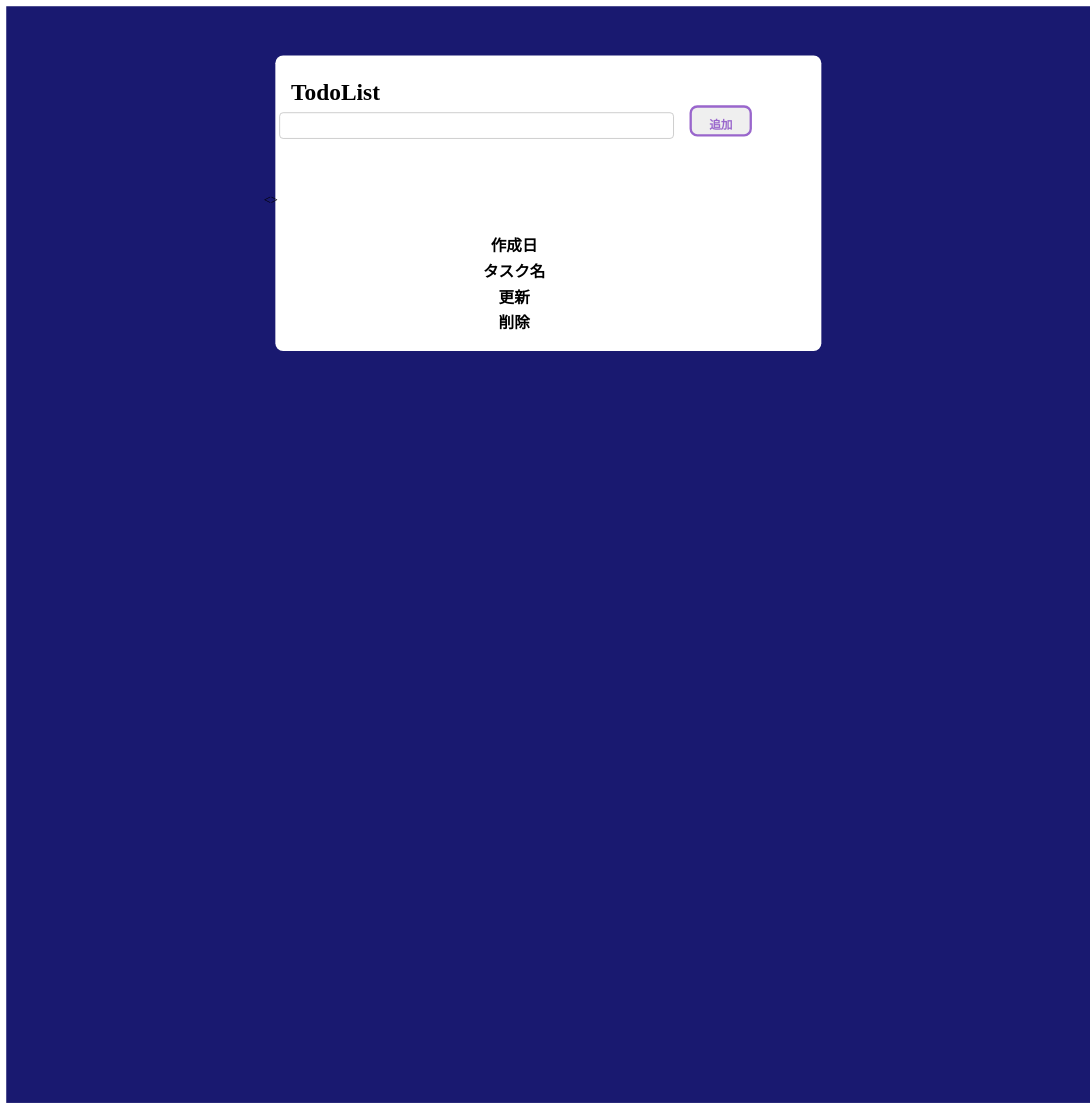
Repository: moro-ayu3/20230304_morohoshi
Page: http://localhost/
The author's editor kept a copy of each file at every save. The page is drawn from the files as they stood at one save, then again after the next save.
The browser window is 1280 px wide. The page is 1398 px wide, so the pictures cover 1398 px, including what lies to the right of the window. The pictures show the whole page, at 78% of full size.
The page is served by the project's Laravel application, run on PHP 8.4 with Laravel 8. Other server files are loaded and not shown. Queries for data that is not in the repository find no rows.

Above is the page before, as saved 2023-03-11 12:32:30.

### routes/web.php
<?php

use Illuminate\Support\Facades\Route;
use App\Http\Controllers\TodoController;

Route::get('/', [TodoController::class, 'index']);

Route::post('/todo/create', [TodoController::class, 'store']);

Route::post('/todo/update', [TodoController::class, 'update']);

Route::post('/todo/delete', [TodoController::class, 'delete']);

### app/Http/Controllers/TodoController.php
<?php
  namespace App\Http\Controllers;
  use Illuminate\Http\Request;
  use App\Models\Todo;
  use App\Http\Requests\TodoRequest;
  class TodoController extends Controller
  {
    public function index()
     {
        $todos= Todo::all();
        return view('index',['todos'=>$todos]);
  }

    public function store(TodoRequest $request)
     {
        $todo = new Todo;
        $todo->name =$request->input('new_todo');
        $form=$request->all();
        Todo::create($form);
        unset($form['_token']);
        return redirect('/');
    }

    public function update(TodoRequest $request)
     {
       $form = $request->all();
       unset($form['_token']);
       Todo::where('id', $request->id)->update($form);
       return redirect('/');
    }

    public function delete(Request $request)
     {
       Todo::find($request->id)->delete();
       return redirect('/');
    }

  }

### app/Models/Todo.php
<?php

namespace App\Models;

use Illuminate\Database\Eloquent\Factories\HasFactory;
use Illuminate\Database\Eloquent\Model;

class Todo extends Model
{
    use HasFactory;

    protected $fillable = ['content'];
}

### resources/views/index.blade.php
<!DOCTYPE html>
<html lang="ja">

<head>
  <meta charset="UTF-8">
  <meta name="viewport" content="width=device-width, initial-scale=1.0">
  <title>実践アプリ開発入門</title>
  <style>
    .homepage {
      width: 100%;
      height: 100vw;
      padding: 5% 5%;
      background-color: #191970;
    }

    .container {
      display: flex;
      justify-content: center;
      align-items: center;
    }

    .inner {
      width: 700px;
      height: auto;
      border-radius: 10px 10px 10px 10px;
      background-color: #fff;
      margin: 0 auto;
    }

    .header-title {
      font-size: 30px;
      font-weight: bold;
      color: black;
      margin-top: 30px;
      margin-left: 20px;
    }

    .form {
      display: inline-block;
      margin: -20px -15px;
    }

    .text {
      width: 500px;
      height: 30px;
      border: solid 1px #c0c0c0;
      margin-left: 20px;
      border-radius: 5px 5px 5px 5px;
      display: inline-block;
    }

    .create-btn {
      width: 80px;
      height: 40px;
      margin-left: 20px;
      margin-right: 20px;
      border-radius: 10px 10px 10px 10px;
      border: solid 3px #9966CC;
      display: inline-block;
      font-size: 15px;
      font-weight: bold;
      color: #9966CC;
      padding:10px 20px 10px 20px;
    }

    table {
      display: flex;
      justify-content: center;
      align-items: center;
      margin-top: 30px;
      margin-bottom: 40px;
    }

    .date-1 {
      margin-left: 50px;
      font-size: 20px;
      font-weight: bold;
      color: black;
    }

    .name {
      margin-left: 80px;
      font-size: 20px;
      font-weight: bold;
      color: black;
    }

    .update {
      margin-left: 40px;
      font-size: 20px;
      font-weight: bold;
      color: black;
    }

    .delete {
      margin-left: 20px;
      margin-right: 20px;
      font-size: 20px;
      font-weight: bold;
      color: black;
    }

    .parent {
      display: flex;
      justify-content: center;
      align-items: center;
    }

    .date-2 {
      margin-left: 20px;
      font-size: 20px;
      color: black;
    }

    .input-update {
      width: 200px;
      height: 20px;
      border: solid 1px #c0c0c0;
      border-radius: 5px 5px 5px 5px;
      margin-left: 10px;
    }

    .button-update {
      width: 80px;
      height: 40px;
      border-radius: 10px 10px 10px 10px;
      border: solid 3px #ffa500;
      margin-left: 10px;
      font-size: 15px;
      font-weight: bold;
      color: #ffa500;
      padding: 10px 20px;
    }

    .button-delete {
      width: 80px;
      height: 40px;
      border-radius: 10px 10px 10px 10px;
      border: solid 3px #40e0d0;
      margin-left: 10px;
      margin-right: 20px;
      font-size: 15px;
      font-weight: bold;
      color: #40e0d0;
      padding: 10px 20px;
    }

  </style>
</head>

<body>
  <div class="homepage">
     <div class="container">
      <div class="inner">
        <header>
          <h1 class="header-title">TodoList</h1>
        </header>
        <main>
          @if (count($errors) > 0)
           <ul>
           @foreach ($errors->all() as $error)
           <li>{{$error}}</li>
           @endforeach
           </ul>
          @endif
          <div class="form">
            <form action="/todo/create" method="post">
             @csrf
             <table>
              @if ($errors->has('content'))
              <tr>
                <th>ERROR</th>
                <td>{{$errors->first('content')}}</td>
              </tr>
              @endif
              <input type="text" class="text" name="content">
              @if ($errors->has('content'))
              <tr>
                <th>ERROR</th>
                <td>{{$errors->first('content')}}</td>
              </tr>
              @endif
              <button class="create-btn">追加</button>
            </form>
          </div>

          <table>
            @csrf
            @if ($errors->has('date-1'))
              <tr>
                <th>ERROR</th>
                <td>{{$errors->first('date-1')}}</td>
              </tr>
            @endif
            <tr>
              <th class="date-1">作成日</th>
              <td><input type="hidden" name="date-1"></td>
            </tr>
            @if ($errors->has('name'))
              <tr>
                <th>ERROR</th>
                <td>{{$errors->first('name')}}</td>
              </tr>
            @endif
            <tr>
              <th class="name">タスク名</th>
              <td><input type="hidden" name="name"></td>
            </tr>
            @if ($errors->has('updated_at'))
              <tr>
                <th>ERROR</th>
                <td>{{$errors->first('updated_at')}}</td>
              </tr>
            @endif
            <>
              <th class="update">更新</th>
              <td><input type="hidden" name="update"></td>
            </tr>
              <th class="delete">削除</th>
            </tr>
            @foreach($todos as $todo)
            <tr>
              <td>
                {{ $todo->created_at}}
              </td>
              <div class="parent">
                <form action="/todo/update" method="post" >
                @csrf
                 <input type="hidden" value="{{$todo->id}}" name="id">
                  <td>
                    <input type="text" class="input-update" value="{{$todo->content}}" name="content" />
                  </td>
                  <td>
                    <button class="button-update">更新</button>
                  </td>
                </form>
                <td>
                  <form action="/todo/delete" method="post">
                   @csrf
                    <input type="hidden" value="{{$todo->id}}" name="id">
                      <button class="button-delete">削除</button>
                  </form>
                </td>
              </div>
            </tr>
            @endforeach
          </table>
        </main>
      </div>
     </div>
    </div>
</body>

</html>

Loaded but not shown: app/Http/Controllers/Controller.php (common file)

After the next save:
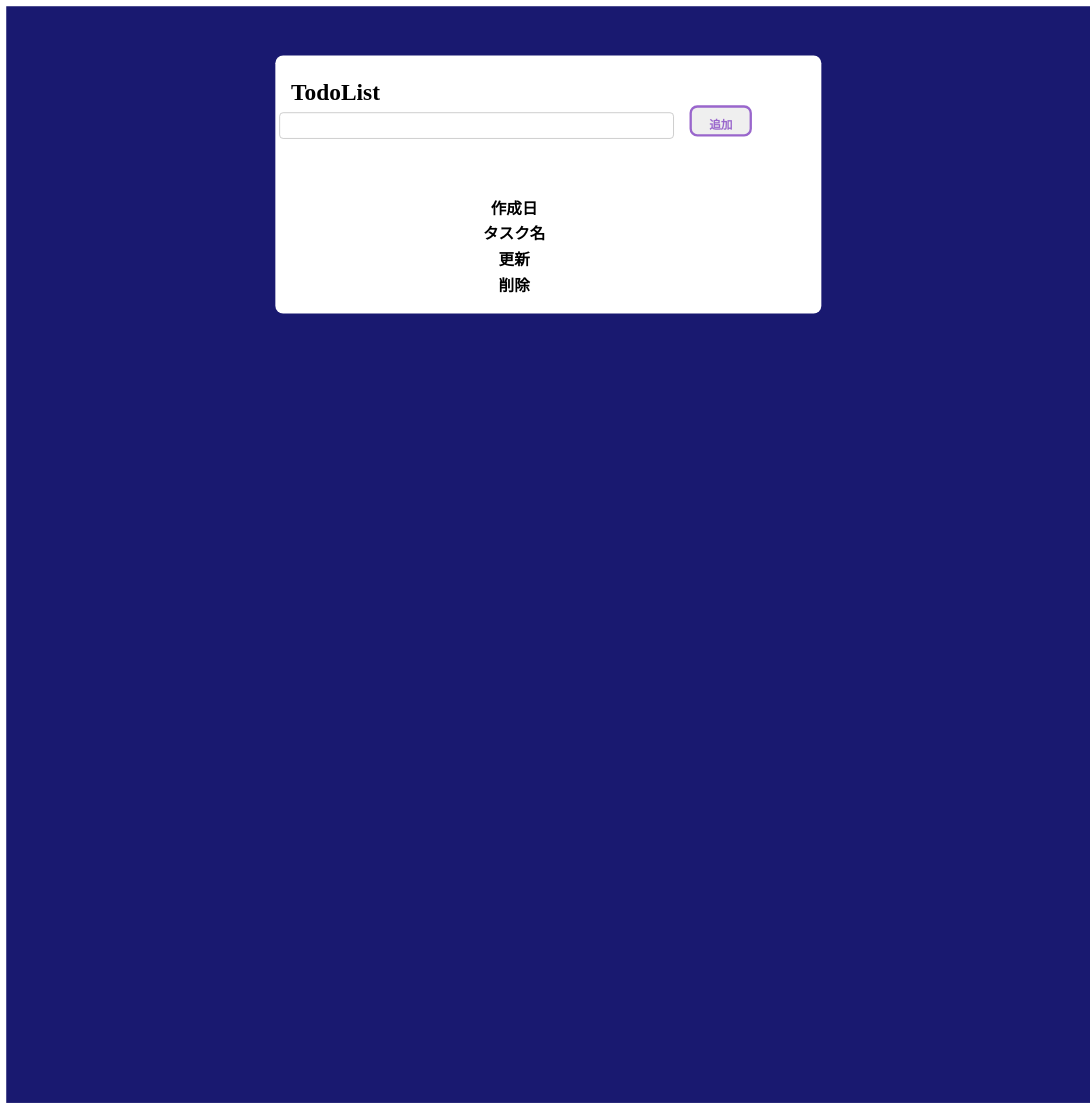
Saved 6 s later.
--- a/resources/views/index.blade.php
+++ b/resources/views/index.blade.php
@@ -212,7 +212,7 @@
                 <td>{{$errors->first('updated_at')}}</td>
               </tr>
             @endif
-            <>
+            <tr>
               <th class="update">更新</th>
               <td><input type="hidden" name="update"></td>
             </tr>
